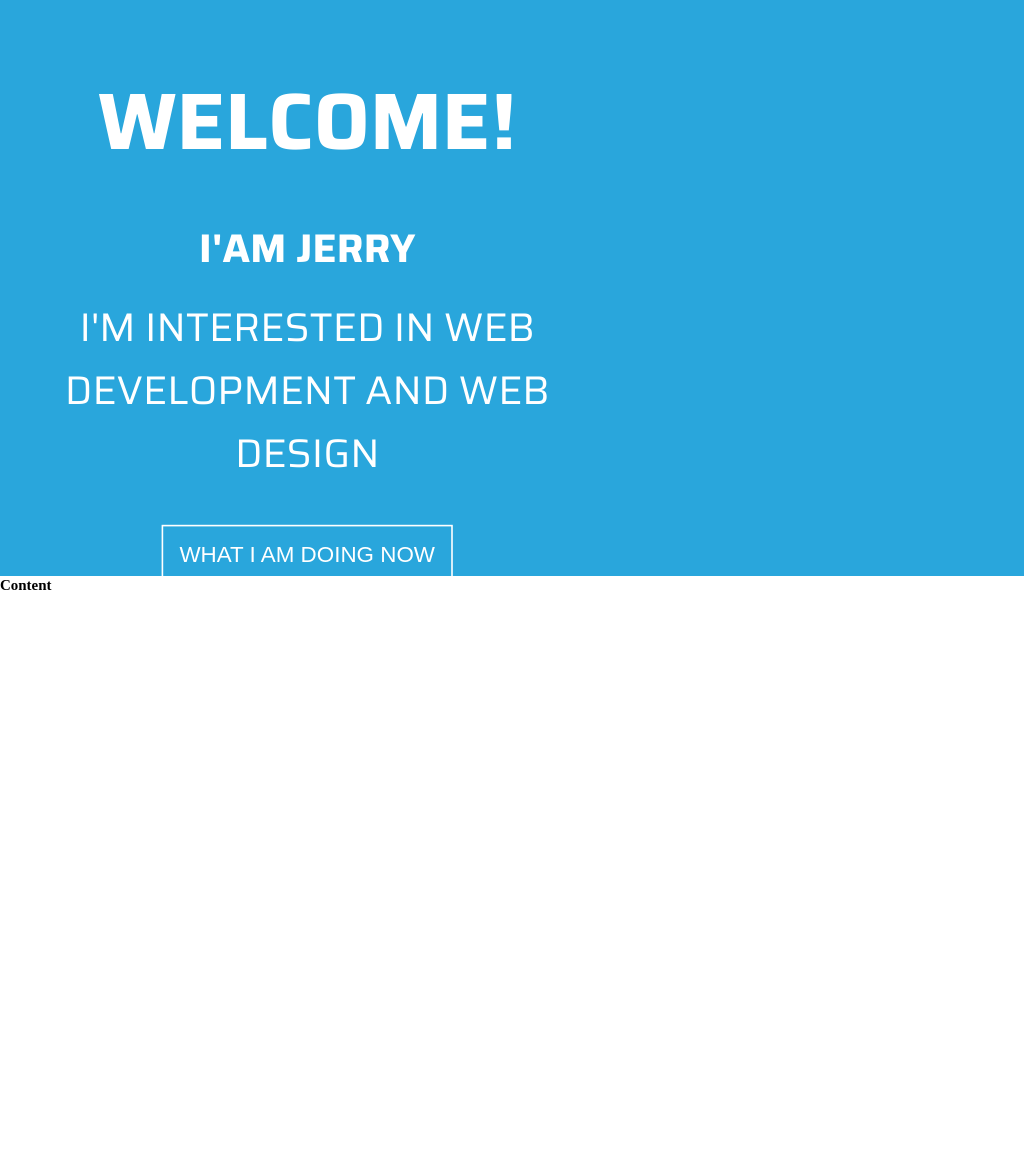
Repository: navanweb/dev
Page: jerry.html
These files come from the project's save history. The page is drawn as it stood at one moment and after the next save; the edit follows.
The browser window is 1280 px wide. The pictures show the whole page, at 80% of full size.

Above is the page before, as saved 2019-04-06 23:20:18.

After the next save:
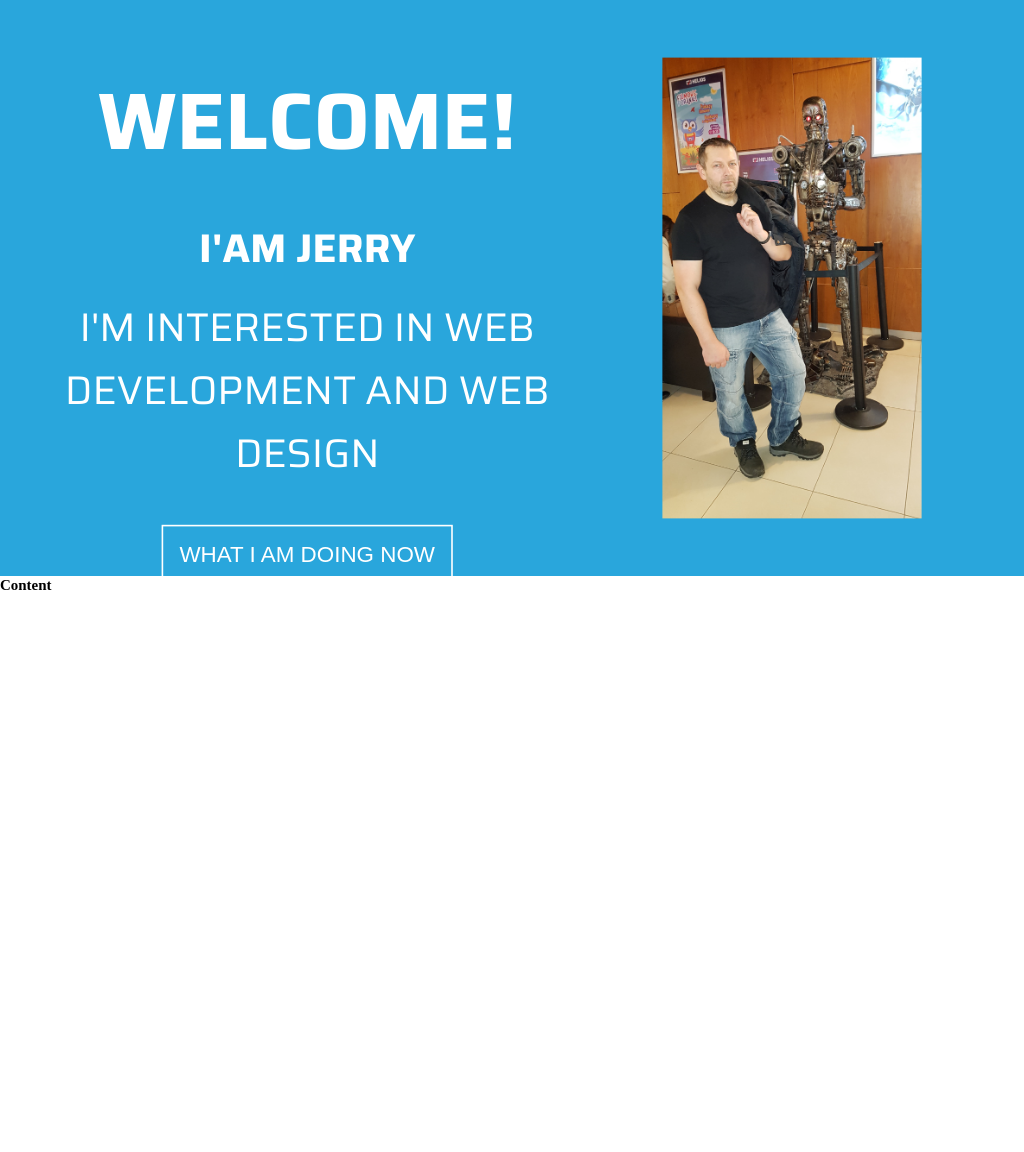
Saved 2 min 49 s later.
--- a/css/jerry.css
+++ b/css/jerry.css
@@ -238,7 +238,8 @@ header button {
     }
 
     header img {
-        transform: translate(250%, -13%);
+        /* transform: translate(250%, -13%); */
+        right: 10%;
     }
 }
 
